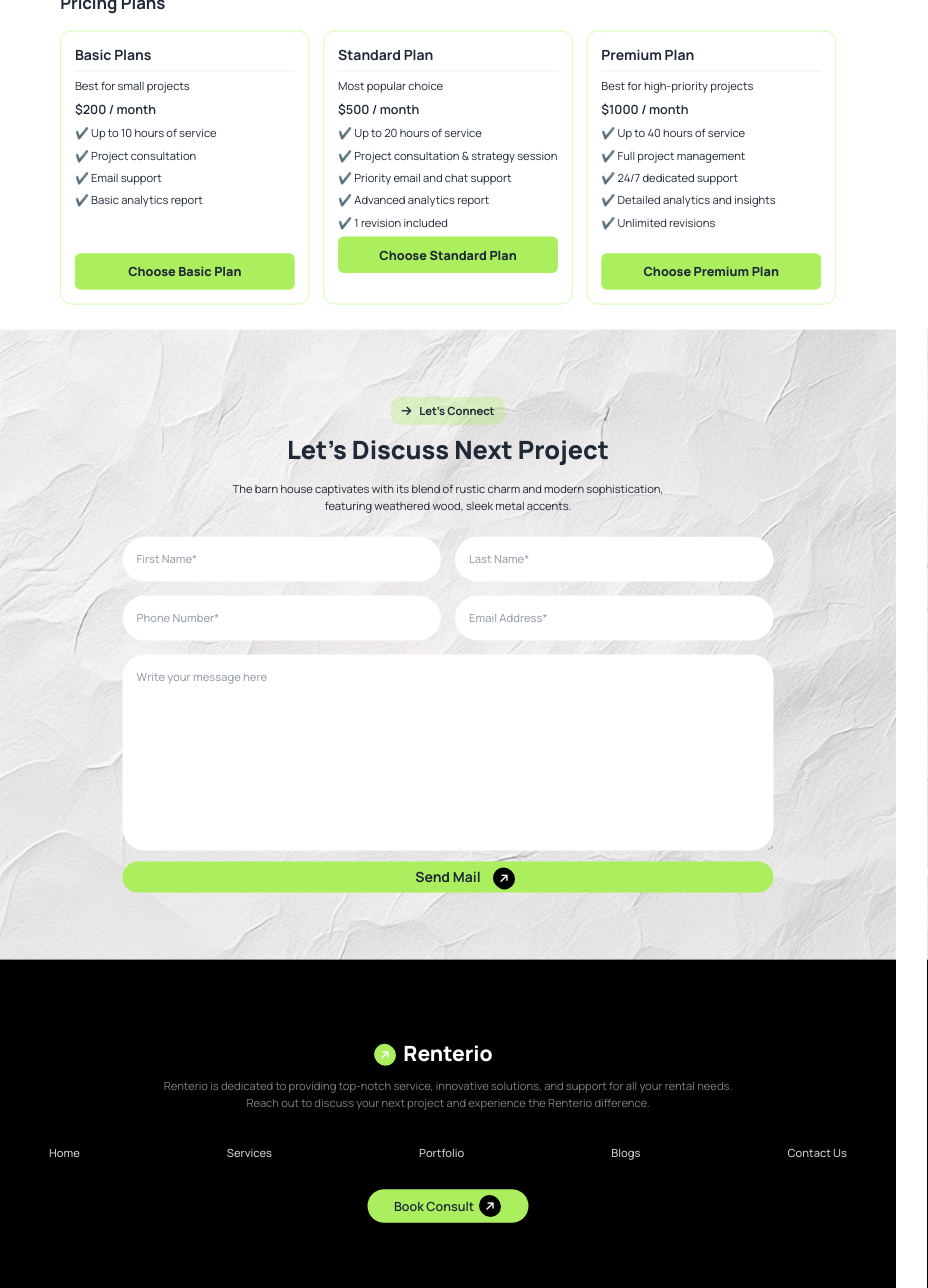
Repository: Tanvir4312/assignment-03
Page: index.html
These files come from the project's save history. The page is drawn as it stood at one moment and after the next save; the edit follows.
The browser window is 1280 px wide. The page is 1325 px wide, so the pictures cover 1325 px, including what lies to the right of the window. The pictures show the part of the page from y = 3287 to 5127 px (the page is 5130 px tall), at 70% of full size.
Some web libraries are served in a nearby version.

Above is the page before, as saved 2024-10-30 22:24:17.

After the next save:
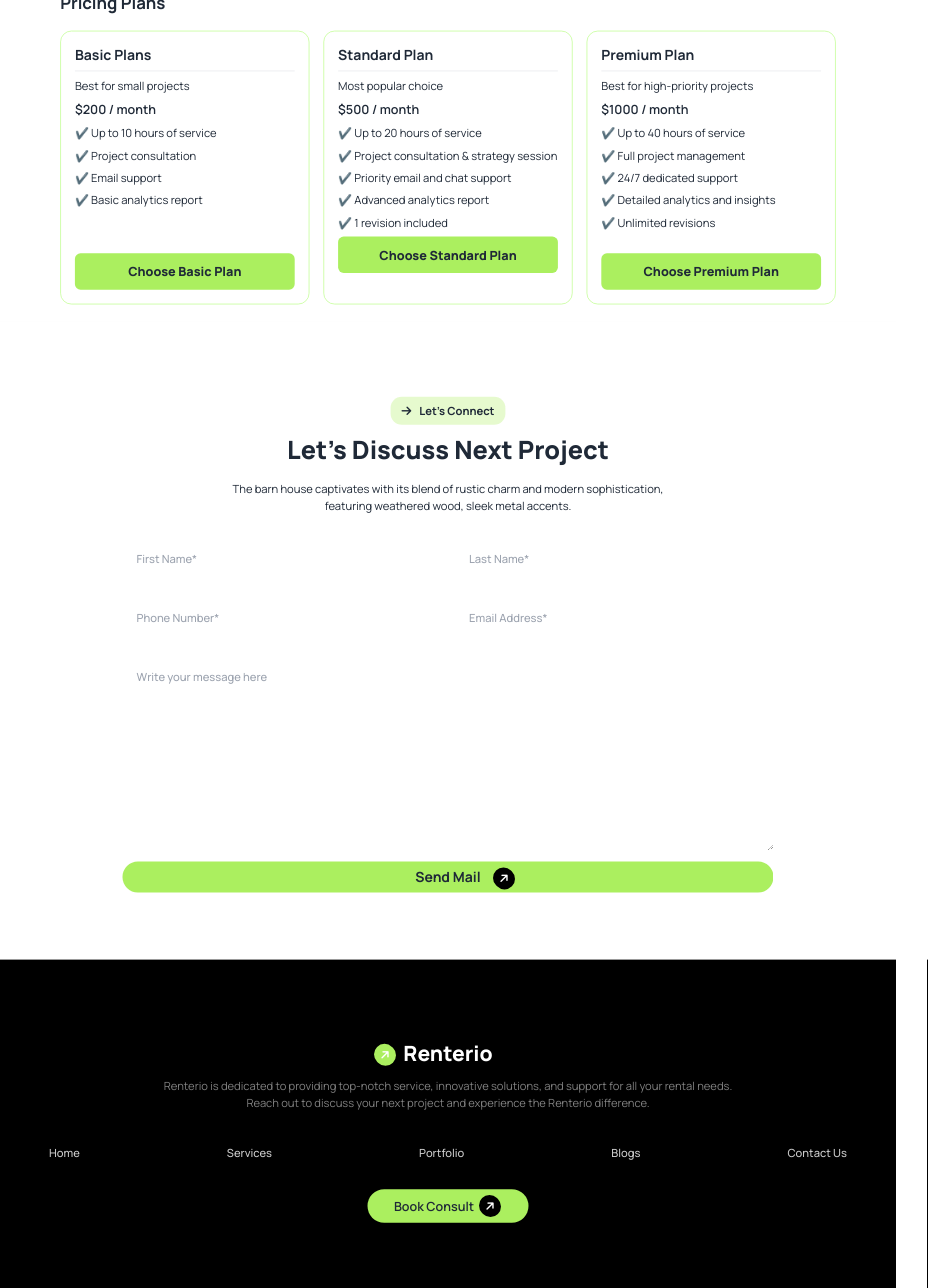
Not found: styles/assets/bg.jpg
Saved 14 min 5 s later.
--- a/styles/styles.css
+++ b/styles/styles.css
@@ -8,7 +8,7 @@
 
 /* Next Project Section */
 .next-project {
-  background-image: url('/assets/bg.jpg');
+  background-image: url('assets/bg.jpg');
   background-repeat: no-repeat;
   background-position: center;
   background-size: cover;
